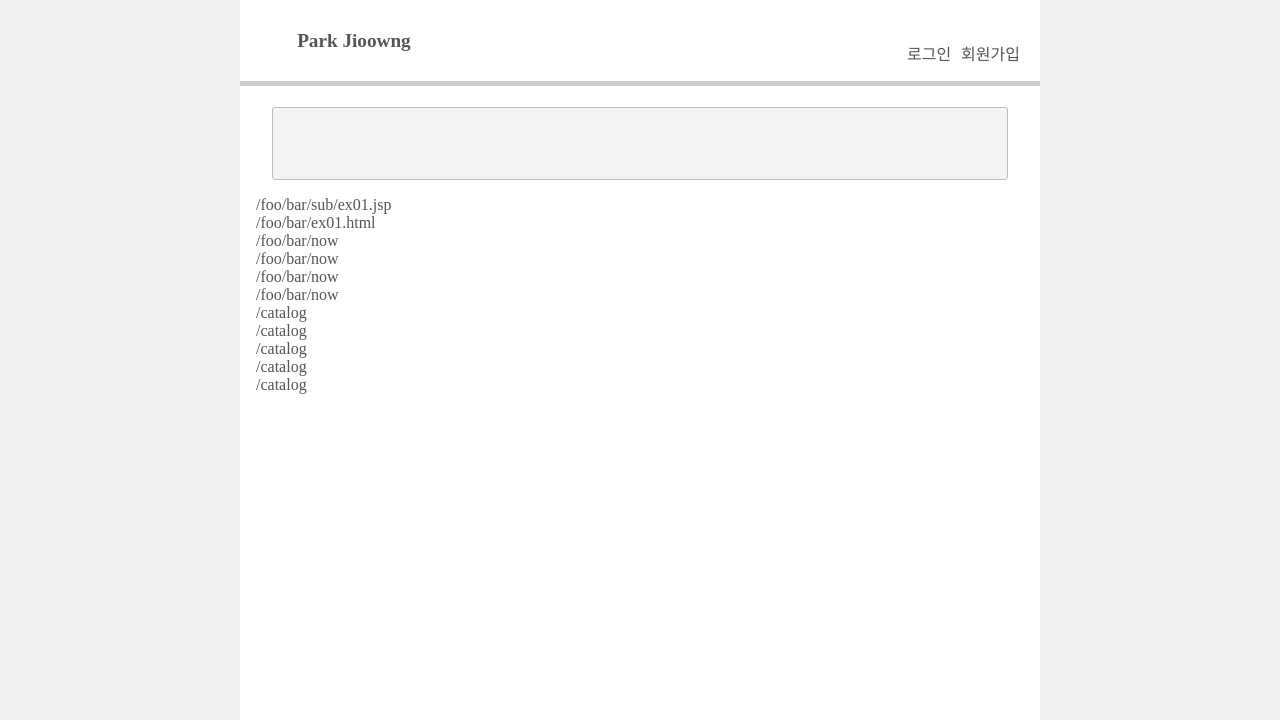
Repository: park-jiwoong/webClass
Page: webPro/src/main/webapp/JSPClass/jspPro/src/main/webapp/days02/ex01.html
An editor plug-in stored every save of this project. The page is shown before and after the next save, followed by the edit.
The browser window is 1280 px wide. The pictures show the whole page.
Some web fonts or font styles are not loaded; a fallback is used.

Above is the page before, as saved 2025-05-22 07:39:35.

### webPro/src/main/webapp/JSPClass/jspPro/src/main/webapp/days02/ex01.html
<!DOCTYPE html>
<html>
<head>
<meta charset="UTF-8">
<meta name="viewport" content="width=device-width, initial-scale=1.0">
<title>2025. 5. 21. 오전 9:51:45</title>
<link rel="shortcut icon" type="image/x-icon" href="/jspPro/images/SiSt.ico">
<link rel="stylesheet" href="/jspPro/resources/cdn-main/example.css">
<script src="/jspPro/resources/cdn-main/example.js"></script>
<style>
 span.material-symbols-outlined{
    vertical-align: text-bottom;
 }
</style>
</head>
<body>
<header>
  <h1 class="main"><a href="#" style="position: absolute;top:30px;">Park Jioowng</a></h1>
  <ul>
    <li><a href="#">로그인</a></li>
    <li><a href="#">회원가입</a></li>
  </ul>
</header>
<div>
  <xmp class="code">

  </xmp>
	<a href="/jspPro/foo/bar/sub/ex01.jsp">/foo/bar/sub/ex01.jsp</a><br>
	<a href="/jspPro/foo/bar/ex01.html">/foo/bar/ex01.html</a><br>
	<a href="/jspPro/foo/bar/now">/foo/bar/now</a><br>

	<a href="/jspPro/baz/bar/now">/foo/bar/now</a><br>
	<a href="/jspPro/baz/bar/ex01.html">/foo/bar/now</a><br>
	<a href="/jspPro/baz/bar/now">/foo/bar/now</a><br>

	<a href="/jspPro/catalog">/catalog</a><br>
	<a href="/jspPro/catalog/sub">/catalog</a><br>

	<a href="/jspPro/catalog/sub.bop">/catalog</a><br>
	<a href="/jspPro/catalog.bop">/catalog</a><br>
	<a href="/jspPro/catalog/sub/days02/ex01.bop">/catalog</a><br>



</div>
</body>
</html>

### webPro/src/main/webapp/JSPClass/jspPro/src/main/webapp/resources/cdn-main/example.css
@charset "UTF-8";

@import url('https://fonts.googleapis.com/css2?family=Material+Symbols+Outlined:opsz,wght,FILL,GRAD@20..48,100..700,0..1,-50..200');

@font-face {
    font-family: 'GmarketSansMedium';
    src: url('https://cdn.jsdelivr.net/gh/projectnoonnu/noonfonts_2001@1.1/GmarketSansMedium.woff') format('woff');
    font-weight: normal;
    font-style: normal;
}

:root {
	--text-color: #555;
	--sub-text-color: #777;
	--back-color: #EFEFEF;
	--header-color: #444;
	--primary-color: #DEDEDE;
	--secondary-color: #EFEFEF;
	--default-width: 800px;
	--narrow-width: 500px;
	--wide-width: 1200px;
	--text-font: 'GmarketSansMedium';
	--icon-font: 'Material Symbols Outlined';
	--border-color: #CCC;
}

html, body {
	margin: 0;
	padding: 0;
}

html {
	background-color: var(--back-color);
	display: flex;
	justify-content: center;
	min-height: 100vh;
}

body, body.default {
	width: var(--default-width);
	background-color: white;
	padding-bottom: 120px;
}

body.wide {
	width: var(--wide-width);
}

body.narrow {
	width: var(--narrow-width);
}



body, p, div, span, a, input, select, option, textarea, button, table, th, td, label, fieldset, legend {
	font-family: var(--text-font);
	color: var(--text-color);
}

h1, h2, h3 {
	font-family: var(--text-font);
	color: var(--header-color);
	padding: 0 1rem;
	padding-top: .5rem;
}

div > h1, div > h2, div > h3 {
	padding: 0;
}

body > div, body > main > div {
	padding: 0.3rem 1rem;
}


h1 { font-size: 2rem; border-bottom: 1px solid var(--border-color); }
h1 small { font-size: 1.2rem; color: var(--sub-text-color); }
h2 { font-size: 1.5rem; border-bottom: 1px dashed var(--border-color); }
h2 small { font-size: 1.1rem; color: --sub-text-color; }
h3 { font-size: 1.2rem; }
h3 small { font-size: 1rem; color: --sub-text-color; }



h1.main::before {
	font-family: var(--icon-font);
  	content: '\e666';
  	margin-right: 10px;
  	float: left;
	font-size: 2.5rem;
}

h1.sub::before {
	font-family: var(--icon-font);
  	content: '\ea19';
  	margin-right: 10px;
  	float: left;
	font-size: 2.5rem;
}


h1.page::before {
	font-family: var(--icon-font);
  	content: '\e0e0';
  	margin-right: 10px;
  	float: left;
	font-size: 2.5rem;
}

body > header > ul > li > .active{
	background-color: #FFF;
	color:#F00;
}

body > header {
	display: flex;
	justify-content: space-between;
	border-bottom: 5px solid var(--border-color);
	min-height: 74px;
	background-color: #FFF;
}

body > header.sticky {
	position: sticky;
	top: 0;
	z-index: 98;
}

body > header > h1 {
	font-size: 1.2rem;
	border: 0;
}

body > header.in > h1::before {
	font-family: var(--icon-font);
  	content: '\e332‥';
  	margin-right: 3px;
  	float: left;
	font-size: 2rem;
}


body > header > ul {
	list-style-type: none;
	display: flex;
	align-items: flex-end;
	margin-right: 10px;
}

body > header > ul > li {
	margin-right: 10px;
	cursor: pointer;
}

body > header > ul > li > a {
	cursor: pointer;
}


form {
	display: block;
}

form > div {
	padding: 0.3rem 1rem;
}

div > form > div {
	padding: 0.3rem 0;
}

input, textarea, button, select {
	border: 1px solid #BBB;
	border-radius: 3px;
	outline: none;
	resize: none;
	padding: 7px;
	margin: 0;
}

input[type=text]:read-only, textarea:read-only {
	cursor: not-allowed;
	background-color: #FFF;
}

input[type=text]:disabled, textarea:disabled {
	cursor: not-allowed;
	background-color: #EEE;
}

input[type=text], input[type=password], textarea, button, select {
	/* width: 300px; */
}

textarea {
	display: block;
	height: 100px;
}

input[type=button], input[type=submit], button {
	/* width: inherit; */
}

input.short, textarea.short, button.short, select.short {
	width: 100px;
}

input.long, textarea.long, button.long, select.long {
	width: 350px;
}

.narrow input.long, .narrow textarea.long, .narrow button.long, .narrow select.long {
	width: calc(100% - 20px);
}

input.full, textarea.full, button.full, select.full {
	width: calc(100% - 20px);
}

textarea.short {
	height: 50px;
}

textarea.long {
	height: 100px;
}

textarea.full {
	height: 200px;
}

input, textarea {
	padding-top: 8px;
}

input[type=button], input[type=submit], button {
	padding: 5px 10px;
	background-color: var(--secondary-color);
	cursor: pointer;
	min-height: 36px;
}

input[type=button].primary, input[type=submit].primary, button.primary {
	/* background-color: rgba(100, 149, 237, .2); */
	background-color: var(--primary-color);
}

input[type=button].primary:hover, input[type=submit].primary:hover, button.primary:hover {
	/* background-color: rgba(100, 149, 237, .3); */
	background-color: var(--secondary-color);
}

input[type=button]:hover, input[type=submit]:hover, button:hover {
	background-color: var(--primary-color);
}

button {
	position: relative;
	left: 0;
	top: 0;
	padding-left: 35px;
}

button .material-symbols-outlined {
	position: absolute;
	left: 10px;
	top: 4px;
}

/* k2nik add */
button.login::before {
	font-family: var(--icon-font);
  	content: '\ea77';
	position: absolute;
	left: 11px;
	top: 4px;
	font-size: 1.25rem;
}

/* k2nik logout */
button.logout::before {
	font-family: var(--icon-font);
  	content: '\e9ba';
	position: absolute;
	left: 11px;
	top: 4px;
	font-size: 1.25rem;
}

/* k2nik help */
button.help::before {
	font-family: var(--icon-font);
  	content: '\f1c0';
	position: absolute;
	left: 11px;
	top: 4px;
	font-size: 1.25rem;
}

button.add::before{
	font-family: var(--icon-font);
  	content: '\e746';
	position: absolute;
	left: 11px;
	top: 4px;
	font-size: 1.25rem;
}

button.back::before {
	font-family: var(--icon-font);
  	content: '\e166';
	position: absolute;
	left: 11px;
	top: 4px;
	font-size: 1.25rem;
}

button.list::before {
	font-family: var(--icon-font);
  	content: '\e0ee';
	position: absolute;
	left: 11px;
	top: 4px;
	font-size: 1.25rem;
}


button.del::before {
	font-family: var(--icon-font);
  	content: '\e872';
	position: absolute;
	left: 11px;
	top: 4px;
	font-size: 1.25rem;
}

button.alldel::before {
	font-family: var(--icon-font);
  	content: '\e92b';
	position: absolute;
	left: 11px;
	top: 4px;
	font-size: 1.25rem;
}


button.edit::before {
	font-family: var(--icon-font);
  	content: '\e745';
	position: absolute;
	left: 11px;
	top: 4px;
	font-size: 1.25rem;
}


button.login::before {
	font-family: var(--icon-font);
  	content: '\ea77';
	position: absolute;
	left: 11px;
	top: 4px;
	font-size: 1.25rem;
}


button.logout::before {
	font-family: var(--icon-font);
  	content: '\e9ba';
	position: absolute;
	left: 11px;
	top: 4px;
	font-size: 1.25rem;
}


button.in::before {
	font-family: var(--icon-font);
  	content: '\f71a';
	position: absolute;
	left: 11px;
	top: 4px;
	font-size: 1.25rem;
}


button.out::before {
	font-family: var(--icon-font);
  	content: '\f70e';
	position: absolute;
	left: 11px;
	top: 4px;
	font-size: 1.25rem;
}


button.reply::before {
	font-family: var(--icon-font);
  	content: '\e15e';
	position: absolute;
	left: 11px;
	top: 4px;
	font-size: 1.25rem;
}


button.comment::before {
	font-family: var(--icon-font);
  	content: '\e0b9';
	position: absolute;
	left: 11px;
	top: 4px;
	font-size: 1.25rem;
}


button.modal::before {
	font-family: var(--icon-font);
  	content: '\e89e';
	position: absolute;
	left: 11px;
	top: 4px;
	font-size: 1.25rem;
}


button.ok::before {
	font-family: var(--icon-font);
  	content: '\e86c';
	position: absolute;
	left: 11px;
	top: 4px;
	font-size: 1.25rem;
}


button.cancel::before {
	font-family: var(--icon-font);
  	content: '\e5c9';
	position: absolute;
	left: 11px;
	top: 4px;
	font-size: 1.25rem;
}

button.search::before {
	font-family: var(--icon-font);
  	content: '\e8b6';
	position: absolute;
	left: 11px;
	top: 4px;
	font-size: 1.25rem;
}

button.home::before {
	font-family: var(--icon-font);
  	content: '\e88a';
	position: absolute;
	left: 11px;
	top: 4px;
	font-size: 1.25rem;
}


button.sidebar::before {
	font-family: var(--icon-font);
  	content: '\f7e4';
	position: absolute;
	left: 11px;
	top: 4px;
	font-size: 1.25rem;
}


button.sidebar-right::before {
	font-family: var(--icon-font);
  	content: '\f7e5';
	position: absolute;
	left: 11px;
	top: 4px;
	font-size: 1.25rem;
}




button::before {
	font-family: var(--icon-font);
  	content: '\e323';
	position: absolute;
	left: 11px;
	top: 4px;
	font-size: 1.25rem;
}


table {
	border-collapse: collapse;
	margin: 1rem;
	box-sizing: border-box;
	width: calc(100% - 32px);
}

table.content {
	width: auto;
}

div > table {
	margin: 0;
}

table th, table td {
	border: 1px solid var(--border-color);
	padding: 7px;
	font-weight: normal;
}

table th {
	background-color: var(--back-color);
}

table.vertical th {
	width: 150px;
}

table.vertical td {
	width: calc(100% - 182px);
	padding-left: 10px;
}

table.content td, table.content th {
	width: auto;
}

body.narrow table.vertical th {
	width: 100px;
}

body.narrow table.vertical td {
	width: calc(100% - 182px);
}


table + table {
	margin-top: 30px;
}


p {
	padding: 0 1rem;
}

a {
	text-decoration: none;
}

a:hover {
	color: rgba(255, 99, 71, .7);
}

hr {
	border: 0;
	border-top: 1px solid var(--border-color);
	margin: 2rem 0;
}

.message {
	border: 1px solid var(--border-color);
	background-color: #EFEFEF;
	margin: 1rem;
	width: auto;
	padding-top: 10px;
	padding-bottom: 10px;
	font-size: 14px;
}

.message[title]::before {
	content: attr(title);
	display: block;
	border-bottom: 1px solid var(--border-color);
	padding-bottom: 5px;
	margin-bottom: 10px;
	margin-top: 7px;
}

.message.short {
	max-width: 250px;
}

.message.long {
	max-width: 500px;
}

.badge {
	float: right;
	font-size: .8rem;
	margin-top: 2px;
	margin-right: 2px;
	text-shadow: 0 0 7px gray;
}

.badge.left {
	float: none;
	margin-left: 2px;
}

.badge.right {
	float: right;
}

.badge.red {
	border-radius: 50%;
	padding: 2px 5px;
	background-color: rgb(255, 99, 71, .3);
}

.badge.yellow {

	border-radius: 50%;
	padding: 2px 5px;
	background-color: rgb(255, 215, 0, .5);
}

.badge.blue {
	border-radius: 50%;
	padding: 2px 5px;
	background-color: rgb(100, 149, 237, .3);
}

label + label {
	margin-left: 7px;
}

label input[type=checkbox], label input[type=radio] {
	transform: translate(0, 1px);
}

.group {
	display: flex;
}

.modal-content .group {
	margin-bottom: .5rem;
}

.group label {
	border: 1px solid #BBB;
	border-radius: 3px;
	outline: none;
	resize: none;
	padding: 7px 14px;
	margin: 0;
	border-top-right-radius: 0;
	border-bottom-right-radius: 0;
	background-color: #EFEFEF;
	white-space: nowrap;
	font-size: 14px;
}

.group input[type=text] {
	margin-left: -1px;
	border-top-left-radius: 0;
	border-bottom-left-radius: 0;
}

.group select {
	margin-left: -1px;
	border-top-left-radius: 0;
	border-bottom-left-radius: 0;
}

.group input.full[type=text] {
	margin-left: -1px;
	border-top-left-radius: 0;
	border-bottom-left-radius: 0;
	width: 100%;
}

.group input[type=button]:first-child, .group button:first-child {
	border-top-left-radius: 3px;
	border-bottom-left-radius: 3px;
	margin-left: 0px;
}

.group input[type=button], .group button {
	border-radius: 0;
	margin-left: -1px;
}

.group input[type=button]:last-child, .group button:last-child {
	margin-left: -1px;
	border-top-right-radius: 3px;
	border-bottom-right-radius: 3px;
}

.seperate {
	display: flex;
	justify-content: space-between;
}

div.list {
	width: max-content;
	margin: 1rem;
	border: 1px solid #BBB;
	border-radius: 3px;
	padding: 0;
}

div.list.full {
	width: auto;
	display: block;
	margin: 1rem;
	border: 1px solid #BBB;
	border-radius: 3px;
	padding: 0;
}

div.list > div {
	padding: .5rem 1rem;
	margin: 0;
	border-bottom: 1px solid #BBB;
}

div.list > div:last-child {
	border-bottom: 0;
}

pre.code , xmp.code{
	font-family: consols;
	background-color: rgba(150, 150, 150, .1);
	border: 1px solid #BBB;
	border-radius: 3px;
	padding: .5rem 1rem;
	padding-bottom: .6rem;
	margin: 1rem;
}




*[data-modal-window] {
	position: fixed;
	background-color: rgba(0, 0, 0, .3);
	left: 0;
	top: 0;
	display: none;
	justify-content: center;
	align-items: flex-start;
	width: 100%;
	min-height: 100vh;
	z-index: 100;
	opacity: 0;
	transition: 500ms all;
}

*[data-modal-window] .modal-container {
	border-radius: 5px;
	padding: 1rem;
	padding-bottom: .5rem;
	margin-top: -500px;
	opacity: 0;
	width: 500px;
	background-color: #FFF;
	margin-right: 2rem;
	transition: 500ms all;
}

*[data-modal-size=content] .modal-container {
	width: auto;
}

*[data-modal-size=narrow] .modal-container {
	width: 300px;
}

*[data-modal-size=wide] .modal-container {
	width: 760px;
}


*[data-modal-window] .modal-header {
	border-bottom: 1px solid var(--border-color);
	padding: 2px 5px;
}

*[data-modal-window] .modal-content {
	padding: 1rem 5px;
}

*[data-modal-window] .modal-content div:last-child {
	margin-top: 1rem;
	text-align: right;
}



*[data-sidebar-window] {
	position: fixed;
	background-color: #FFF;
	left: 0;
	top: 0;
	display: block;
	width: 300px;
	border-right: 1px solid var(--border-color);
	box-sizing: border-box;
	box-shadow: 0 0 3px var(--back-color);
	min-height: 100vh;
	z-index: 99;
	transform: translate(-300px, 0);
	transition-duration: 500ms;
	transition-property: transform;
}

*[data-sidebar-direction=right] {
	left: auto;
	right: 0;
	transform: translate(300px, 0);
	border-left: 1px solid var(--border-color);
}

*[data-sidebar-size=wide] {
	width: 500px;
	transform: translate(-500px, 0);
}

*[data-sidebar-window] .sidebar-title {
	border-bottom: 1px solid var(--border-color);
	margin-top: 20px;
	margin-bottom: 20px;
	padding-bottom: 5px;
	display: flex;
	justify-content: space-between;
}

*[data-sidebar-window] .sidebar-title span:last-child {
	cursor: pointer;
}


/* K2Nik pagination */
.center {
  text-align: center;
}

.pagination {
  display: inline-block;
}

.pagination a {
  color: black;
  float: left;
  padding: 3px 6px;
  text-decoration: none;
  transition: background-color .3s;
  border: 1px solid #ddd;
  margin: 0 3px;
}

.pagination a.active {
  background-color: #4CAF50;
  color: white;
  border: 1px solid #4CAF50;
}

.pagination a:hover:not(.active) {background-color: #ddd;}

### webPro/src/main/webapp/JSPClass/jspPro/src/main/webapp/resources/cdn-main/example.js

window.onload = () => {

    const list = document.querySelectorAll('input, textarea');

    list.forEach(item => {
        item.setAttribute('autocomplete', 'off');
    });


    const modal_btn_list = document.querySelectorAll('*[data-modal-button]');

    modal_btn_list.forEach(item => {
        item.onclick = function() {

            const name = this.dataset['modalButton'];
            const modal_window = document.querySelector('*[data-modal-window=' + name);

            const container = document.createElement('div');
            container.className = 'modal-container';



            const modal_header = document.createElement('div');
            modal_header.textContent = modal_window.dataset['modalTitle'];
            modal_header.className = 'modal-header';
            container.appendChild(modal_header);

            const modal_content = document.createElement('div');
            modal_content.className = 'modal-content';
            container.appendChild(modal_content);

            Array.from(modal_window.childNodes).forEach(item => {
                modal_content.appendChild(item);
            });

            modal_window.appendChild(container);

            modal_window.style.display = 'flex';

            setTimeout(() => {
                modal_window.style.opacity = 1;
                container.style.marginTop = '20px';
                container.style.opacity = 1;
            }, 50);


            const modal_ok = document.querySelector('*[data-modal-ok=' + name);
            modal_ok.addEventListener('click', function() {
                modal_window.style.opacity = 0;
                container.style.marginTop = '-500px';
                container.style.opacity = 0;

                setTimeout(() => {
                    modal_window.innerHTML = modal_content.innerHTML;
                    modal_window.style.display = 'none';
                }, 500);

            });

            const modal_cancel = document.querySelector('*[data-modal-cancel=' + name);
            modal_cancel.addEventListener('click', function() {

                modal_window.style.opacity = 0;
                container.style.marginTop = '-500px';
                container.style.opacity = 0;

                setTimeout(() => {
                    modal_window.innerHTML = modal_content.innerHTML;
                    modal_window.style.display = 'none';
                }, 500);
            });


        };
    });


    const sidebar_btn_list = document.querySelectorAll('*[data-sidebar-button]');

    sidebar_btn_list.forEach(item => {
        item.onclick = function() {



            const name = this.dataset['sidebarButton'];
            const sidebar_window = document.querySelector('*[data-sidebar-window=' + name);

            if (sidebar_window.style.transform == 'translate(0px, 0px)') return;



            sidebar_window.style.transform = 'translate(0, 0)';

            const sidebar_title = document.createElement('div');
            sidebar_title.className = 'sidebar-title';
            sidebar_title.innerHTML = '<span>' + sidebar_window.dataset['sidebarTitle'] + '</span><span class="material-symbols-outlined">close</span>';

            sidebar_title.children[1].onclick = function() {

                let sign = 1;
                let distance = 300;

                if (sidebar_window.dataset['sidebarDirection'] != 'right') {
                    sign = -1;
                } else {
                    sign = 1;
                }

                if (sidebar_window.dataset['sidebarSize'] != 'wide') {
                    distance = 300;
                } else {
                    distance = 500;
                }

                distance *= sign;

                sidebar_window.style.transform = 'translate(' + distance + 'px, 0)';

                setTimeout(function() {
                    sidebar_window.removeChild(sidebar_window.children[0]);
                }, 500);
            };


            sidebar_window.prepend(sidebar_title);

        }
    });

};

// window.onkeydown = function(event) {

//     if (event.keyCode == 27) {
//         if (document.querySelector('[data-modal-window').style.display == 'flex') {
//             document.querySelector('[data-modal-window').style.display = 'none';
//         }
//     }

// };

After the next save:
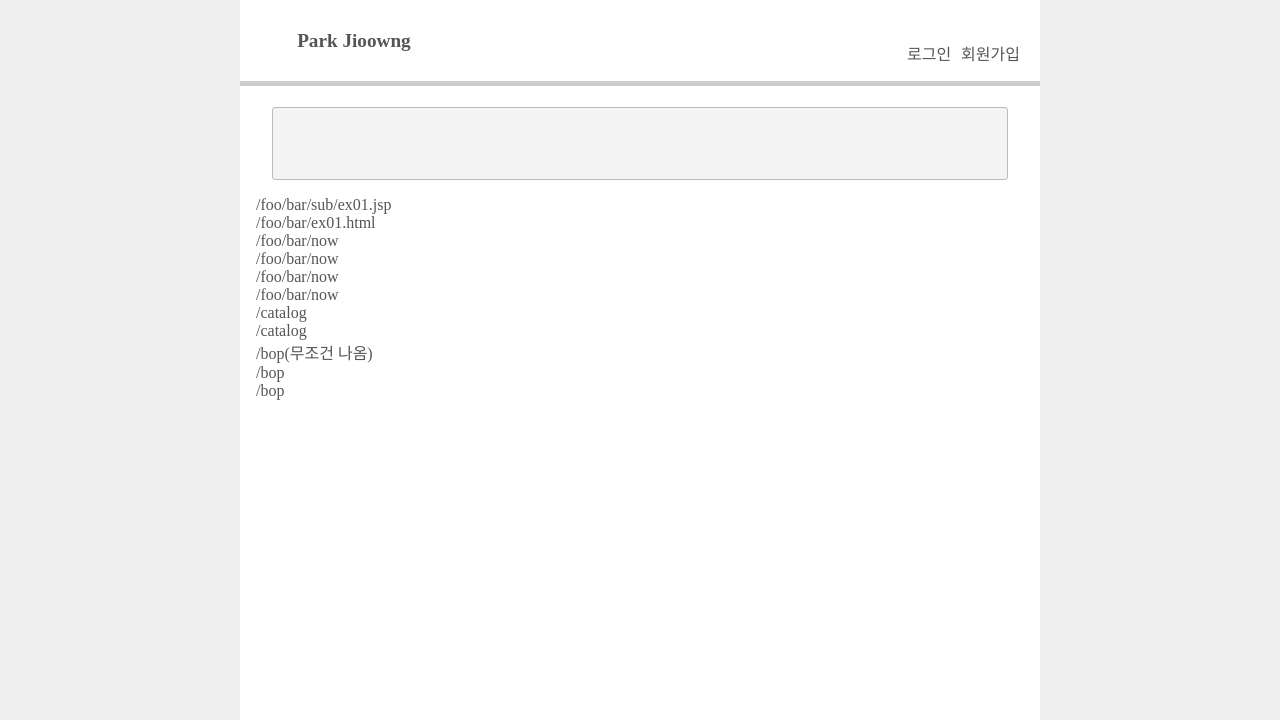
Saved 36 s later.
--- a/webPro/src/main/webapp/JSPClass/jspPro/src/main/webapp/days02/ex01.html
+++ b/webPro/src/main/webapp/JSPClass/jspPro/src/main/webapp/days02/ex01.html
@@ -36,9 +36,9 @@
 	<a href="/jspPro/catalog">/catalog</a><br>
 	<a href="/jspPro/catalog/sub">/catalog</a><br>
 
-	<a href="/jspPro/catalog/sub.bop">/catalog</a><br>
-	<a href="/jspPro/catalog.bop">/catalog</a><br>
-	<a href="/jspPro/catalog/sub/days02/ex01.bop">/catalog</a><br>
+	<a href="/jspPro/catalog/sub.bop">/bop(무조건 나옴)</a><br>
+	<a href="/jspPro/catalog.bop">/bop</a><br>
+	<a href="/jspPro/catalog/sub/days02/ex01.bop">/bop</a><br>
 
 
 
